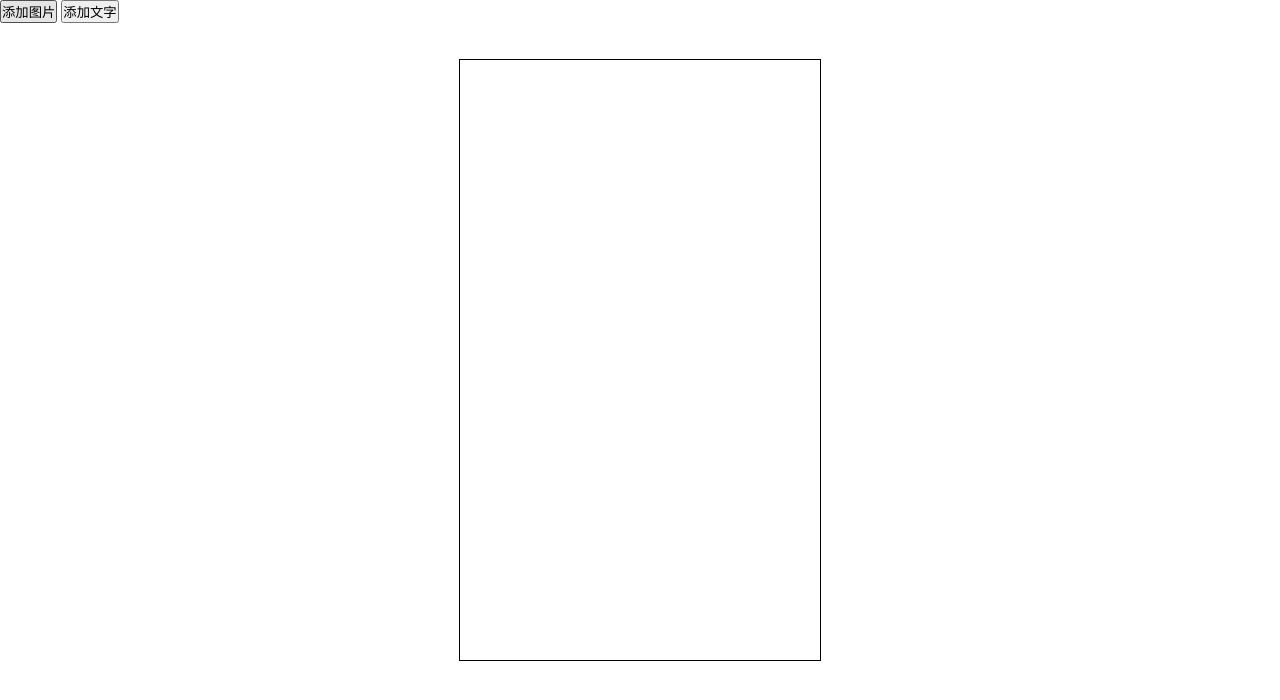
Repository: Xekin-FE/canvas-image-editor
Page: index.html
The author's editor kept a copy of each file at every save. The page is drawn from the files as they stood at one save, then again after the next save.
The browser window is 1280 px wide. The pictures show the whole page.

Above is the page before, as saved 2018-12-14 14:16:39.
Console error: SyntaxError: Cannot use import statement outside a module

After the next save:
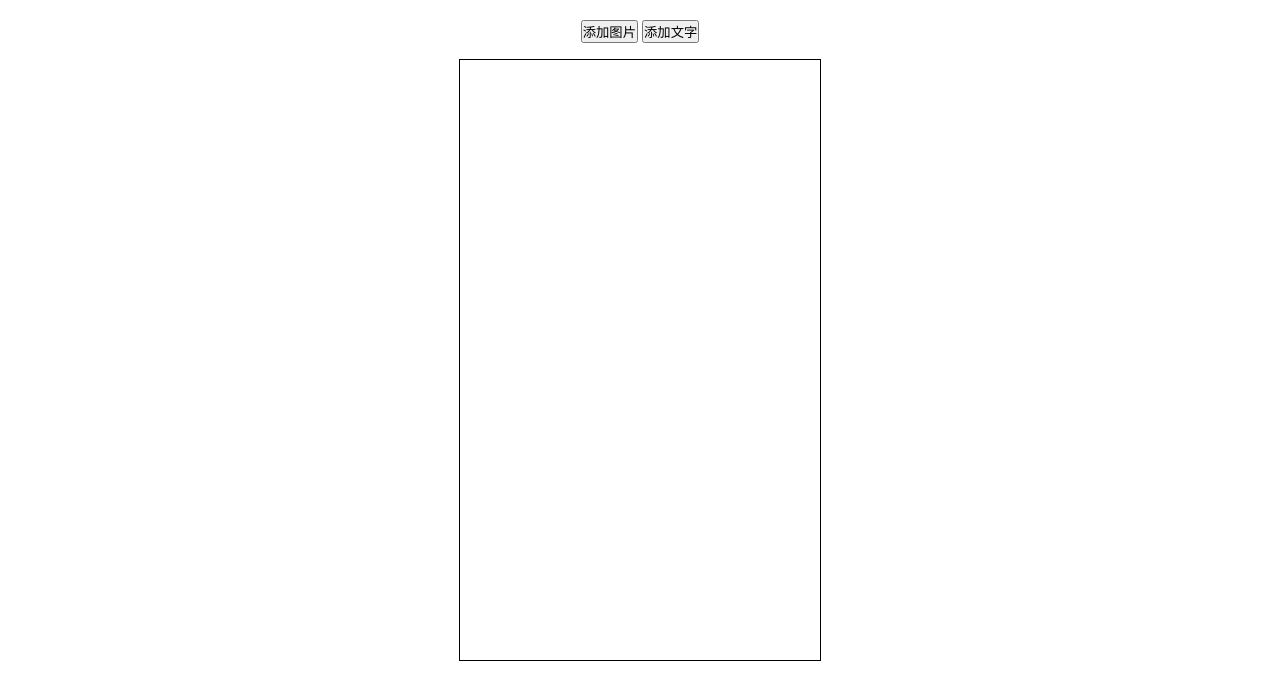
Saved 2 s later.
--- a/index.html
+++ b/index.html
@@ -10,8 +10,10 @@
 <body>
     <div id="app">
         <canvas id="main" height="600" width="360"></canvas>
-        <button onclick="addImage">添加图片</button>
-        <button onclick="addText">添加文字</button>
+        <div class="components">
+            <button onclick="addImage">添加图片</button>
+            <button onclick="addText">添加文字</button>
+        </div>
     </div>
     <script src="./modules/canvas.js"></script>
     <script src="./modules/main.js"></script>
